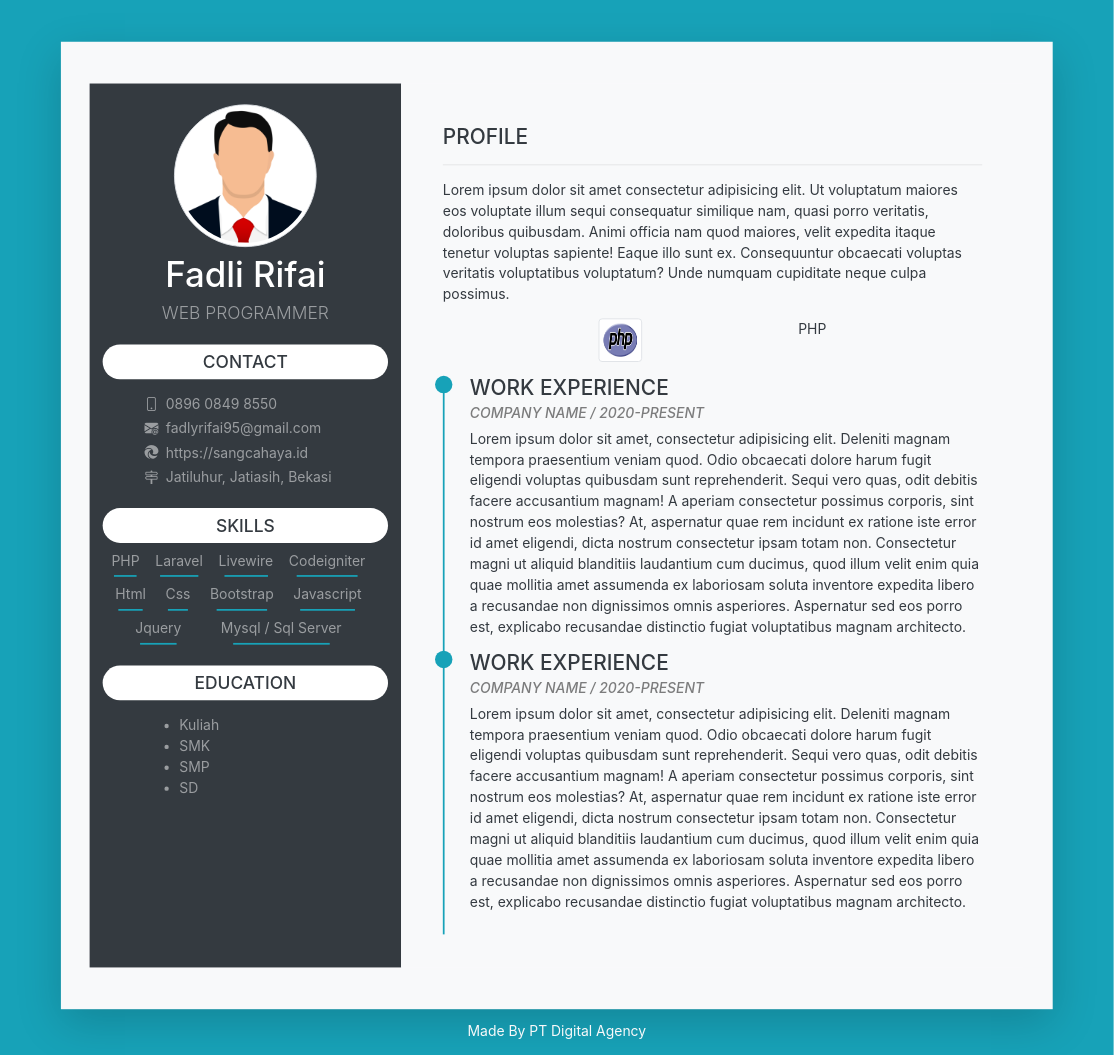
Repository: fadlyyy/fadlyyy.github.io
Page: index.html
An editor plug-in stored every save of this project. The page is shown before and after the next save, followed by the edit.
The browser window is 1280 px wide. The pictures show the whole page, at 87% of full size.

Above is the page before, as saved 2024-01-31 09:04:49.

After the next save:
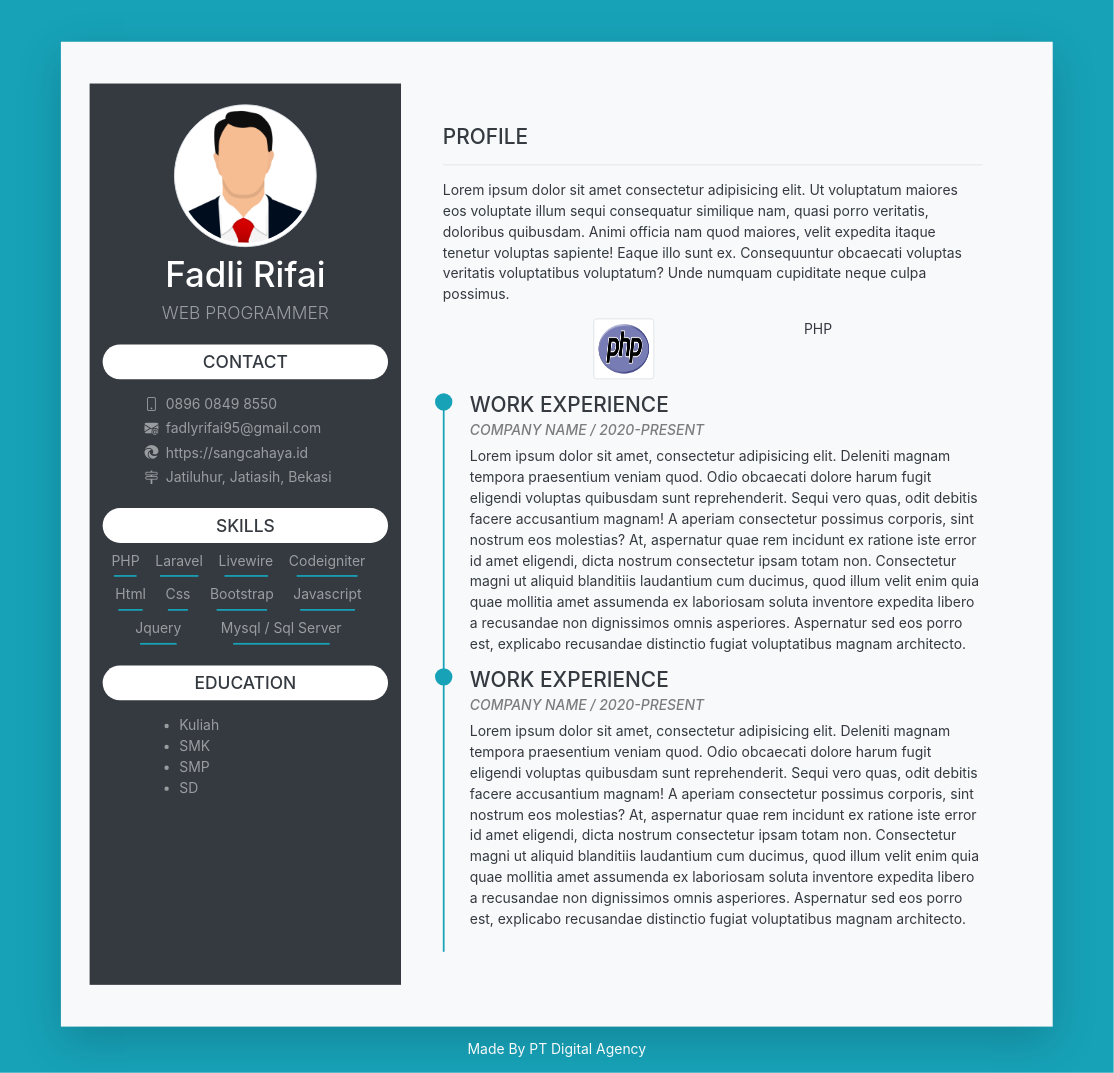
Saved 24 s later.
--- a/style.css
+++ b/style.css
@@ -3,8 +3,8 @@
 }
 
 .skills .list-skills img {
-    width: 50px;
-    height: 50px;
+    width: 70px;
+    height: 70px;
 }
 
 .list-skills {
